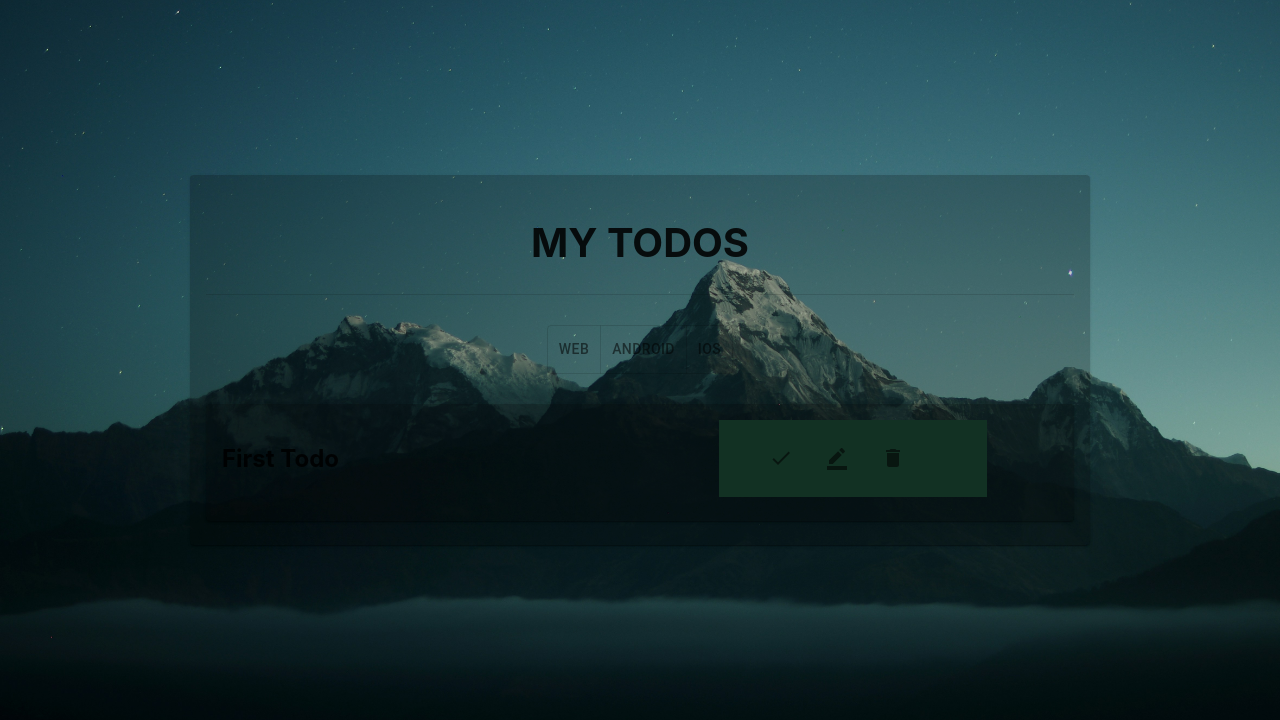
Repository: Ebadahamde/React-CRUDS-Project
Page: /
An editor plug-in stored every save of this project. The page is shown before and after the next save, followed by the edit.
The browser window is 1280 px wide. The pictures show the whole page.
The project was rebuilt for these pictures with package versions that can differ from the ones it lists, and the page was loaded fresh each time.

Above is the page before, as saved 2025-08-23 16:31:05.

### src/App.js
import logo from './logo.svg';
import './App.css';
import BasicCard from './Componends/TodosList';

function App() {
  return (
    <div className="App"   style={{
    backgroundImage: "url('/Background2.jpg')",
    backgroundSize: "cover",
    backgroundPosition: "center",
    minHeight: "100vh"
  }}>
     <BasicCard/>
    </div>
  );
}

export default App;

### src/Componends/TodosList.js
import Card from "@mui/material/Card";
import Divider from "@mui/material/Divider";
import CardContent from "@mui/material/CardContent";
import Container from "@mui/material/Container";
// TOGGLE GROUP
import ToggleButton from "@mui/material/ToggleButton";
import ToggleButtonGroup from "@mui/material/ToggleButtonGroup";
import Todo from "./todo";
// TOGGLE GROUP

export default function BasicCard() {
  return (
    <Container
      maxWidth="md"
      sx={{
        display: "flex",
        justifyContent: "center",
        alignItems: "center",
        minHeight: "100vh",
        borderRadius: "100px",
      }}
    >
      <Card sx={{ minWidth: 900, background: "#00000035" }}>
        <CardContent>
          <h1 style={{ fontSize: "40PX" }}>MY TODOS</h1>
          <Divider />

          {/* TOGGLE GROUP */}
          <ToggleButtonGroup
            color="primary"
            //   value={alignment}
            exclusive
            //   onChange={handleChange}
            aria-label="Platform"
            style={{ marginTop: "30px", marginBottom: "30px" }}
          >
            <ToggleButton value="web">Web</ToggleButton>
            <ToggleButton value="android">Android</ToggleButton>
            <ToggleButton value="ios">iOS</ToggleButton>
          </ToggleButtonGroup>
          {/* ====TOGGLE GROUP==== */}
          <Todo />
        </CardContent>
      </Card>
    </Container>
  );
}

### src/Componends/todo.js
import Card from "@mui/material/Card";
import CardContent from "@mui/material/CardContent";
import Grid from "@mui/material/Grid";
import CheckIcon from "@mui/icons-material/Check";
import DeleteIcon from "@mui/icons-material/Delete";
import IconButton from "@mui/material/IconButton";
import Stack from "@mui/material/Stack";
import BorderColorIcon from "@mui/icons-material/BorderColor";

export default function Todo() {
  return (
    <Card sx={{ background: "#00000035", minWidth: 275 }}>
      <CardContent>
        <Grid container spacing={2}>
          <Grid size={7}>
            <h3 style={{ fontSize: "24px", textAlign: "left" }}>First Todo</h3>
          </Grid>
          <Grid
            sx={{
              background: "#123123",
              display: "flex",
              justifyContent: "center",
              alignItems: "center",
            }}
            size={4}
          >
            <>
              <Stack direction="row" spacing={2}>
                <IconButton>
                  <CheckIcon />
                </IconButton>
                <IconButton>
                  <BorderColorIcon />
                </IconButton>
                <IconButton>
                  <DeleteIcon />
                </IconButton>
                <IconButton></IconButton>
              </Stack>
            </>
          </Grid>
        </Grid>
      </CardContent>
    </Card>
  );
}

Loaded but not shown: public/index.html (common file); src/index.js (common file); src/index.css (common file); src/reportWebVitals.js (common file); src/App.css (common file)

After the next save:
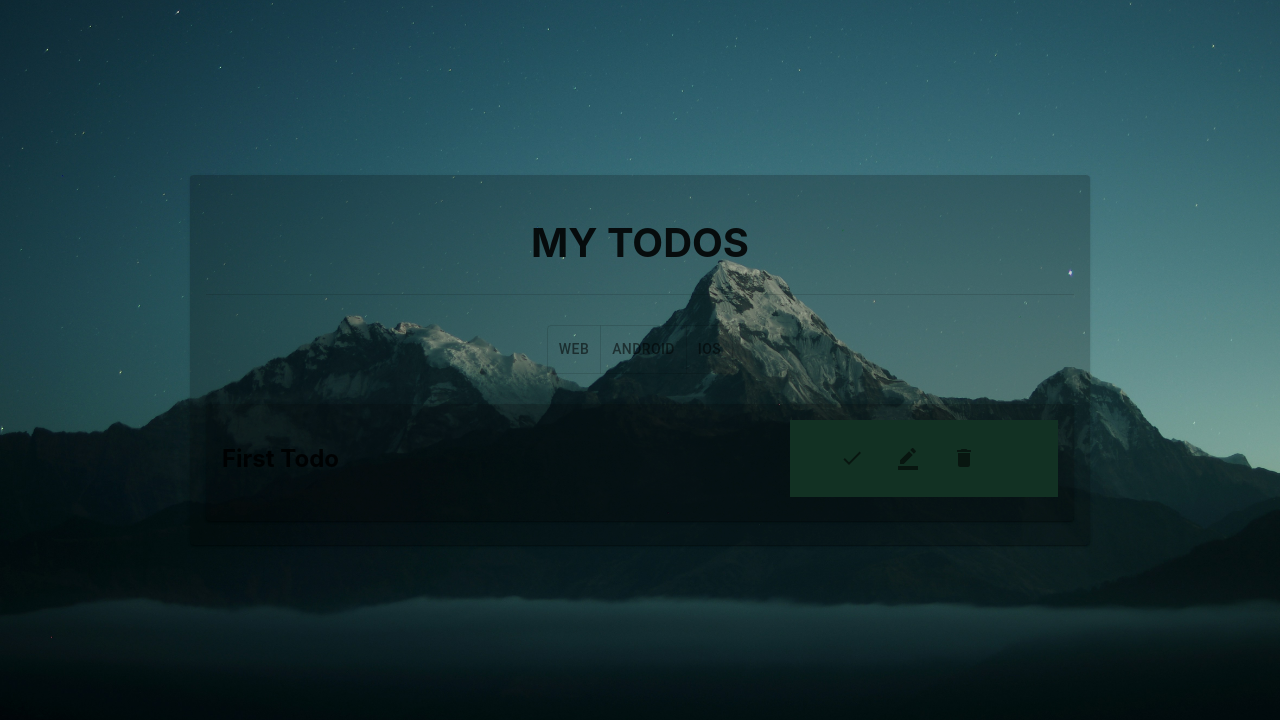
Saved 4 s later.
--- a/src/Componends/todo.js
+++ b/src/Componends/todo.js
@@ -12,7 +12,7 @@ export default function Todo() {
     <Card sx={{ background: "#00000035", minWidth: 275 }}>
       <CardContent>
         <Grid container spacing={2}>
-          <Grid size={7}>
+          <Grid size={8}>
             <h3 style={{ fontSize: "24px", textAlign: "left" }}>First Todo</h3>
           </Grid>
           <Grid
